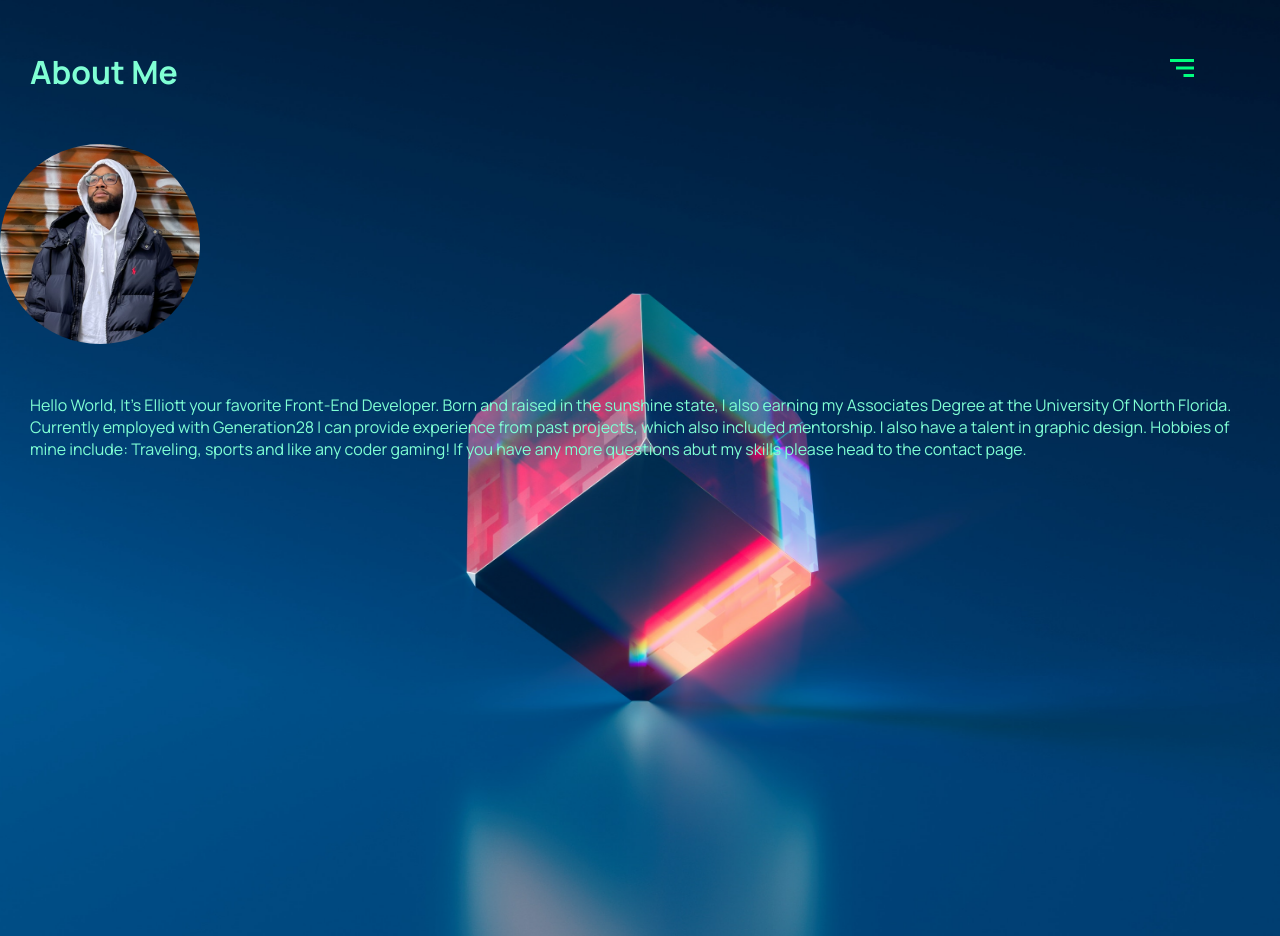
Repository: elaiken/portfolio
Page: /about-me
These files come from the project's save history. The page is drawn as it stood at one moment and after the next save; the edit follows.
The browser window is 1280 px wide. The pictures show the whole page.
The project was rebuilt for these pictures with package versions that can differ from the ones it lists, and the page was loaded fresh each time. Also part of the build but not shown: src/components/Error.js, src/components/Home.js, src/data/projects.js, src/components/Projects.js, src/components/Contacts.js.

Above is the page before, as saved 2021-11-30 21:50:10.

### public/index.html
<!DOCTYPE html>
<html lang="en">
  <head>
    <meta charset="utf-8" />
    <link rel="icon" href="%PUBLIC_URL%/favicon.ico" />
    <meta name="viewport" content="width=device-width, initial-scale=1" />
    <meta name="theme-color" content="#000000" />
    <meta
      name="description"
      content="Elliott A Aiken II | Looking for Front-end Role"
    />
    <link rel="apple-touch-icon" href="%PUBLIC_URL%/logo192.png" />
    <!--
      manifest.json provides metadata used when your web app is installed on a
      user's mobile device or desktop. See https://developers.google.com/web/fundamentals/web-app-manifest/
    -->
    <link rel="manifest" href="%PUBLIC_URL%/manifest.json" />
    <link rel="preconnect" href="https://fonts.googleapis.com">
<link rel="preconnect" href="https://fonts.gstatic.com" crossorigin>
<link href="https://fonts.googleapis.com/css2?family=Manrope:wght@200;400;700&family=Poppins:ital,wght@0,500;1,300;1,400&family=Source+Sans+Pro:ital,wght@0,400;0,600;1,300;1,400&display=swap" rel="stylesheet">


    <title>Elliott A Aiken II | Looking for Front-end Role </title>
  </head>
  <body>
    <noscript>You need to enable JavaScript to run this app.</noscript>
    <div id="root"></div>

  </body>
</html>

### src/index.css
:root {
  --background-image:linear-gradient(120deg,hsl(800, 100%, 35%),rgba(200, 84, 69, 0.67));
  --background-overlay:rgba(0,0,0,0.4)
}


*{
  margin: 0;
  padding: 0;
  box-sizing: border-box;
}

ul {
  list-style-type: none;
}

a {
  font-family: inherit;
  text-decoration: none;
  color:springgreen;




}

img {
  max-width: 100%;
}
body{
  font-family: "Manrope", sans-serif;
  overflow: auto;
}

/* Menu button */

.menu-btn {
  position: absolute;
  right: 80px;
  margin-top: 50px;
  z-index: 9999999;
}

 .menu-btn button {
  background-color: transparent;
  font-size: 36px;
  color: springgreen;
  border:none;
  cursor:pointer;

}

/* Header */

.header {
  position: absolute;
  right: 0;
  height: 0;
  overflow: hidden;
  width: 200px;
  transition: all 0.5s ease-in-out;

}

.header.open {
  height: 100vh;
  background-color:var(--background-overlay);


}

.header nav ul {
  display: flex;
  flex-direction: column;
  align-items: center;
  justify-content: center;
  min-height: 100vh;
}

.header nav ul li {
  margin:20px 0;
}




/* HomePAGE */
.home {
  background: url(./pexels-andre-moura-4021521.jpg);
  background-repeat:no-repeat ;
  background-size: cover;
  background-position:center;
  height: 100vh;
}

.home .overlay {
background-color:var(--background-image);
display: flex;
flex-direction: column ;
align-items: center;
justify-content: center;
min-height: 100vh;
color: white ;
text-align: center;
}

.home .overlay h1 {
  text-transform: uppercase ;
  font-size: 96px;
}
.home .overlay p {
  color: springgreen;
  font-size: 36px;
}

.home .overlay ul {
  display: flex;
  align-items: center;
  justify-content: center;
  margin-top: 30px ;
}

.home .overlay ul li {
  margin: 0 20px;
}

.home .overlay ul li a {
  font-size: 46px;
  padding: 50px;

}

/*Projects */
.projects {

  background-image: url(./pexels-rostislav-uzunov-5011647.jpg);
  background-repeat:no-repeat ;
  background-size: cover;
  background-position:center;
  height: 170vh;

}

.projects h1 {
  padding: 50px 80px;
  color:white;
}

.projects .cards {
  display: grid;
  grid-template-columns:repeat(3, 1fr);
  max-width:1100px;
  margin:auto;
  gap:20px;
 color:white;
 padding-bottom:20px ;
}

.projects .cards h4 {
  font-size: 24px;
  margin: 20px 0 10px;
}

.projects .cards p {
  font-size: 18px;
  margin-bottom: 30px;
}

.projects .cards ul {
  display: flex;
  align-items: center;
  justify-content: space-between;
}

 .github{
  background-color:darkolivegreen;
  padding: 5px;
  font-size: 15px;
}
.demo {
background-color:darkslateblue;
padding: 5px;
font-size: 15px;
}



/* Contact */
.contacts{
  background-image: url(./pexels-oleg-magni-861121.jpg);
  background-repeat:no-repeat ;
  background-size: cover;
  background-position:center;
  height: 130vh;
}
.contacts h1 {
padding: 50px 80px;
color: #fff;
}

.contacts ul {
  position: absolute;
  left: 30%;
  translate:traslate(-50%,-50%);

}
.contacts ul a {
  font-size: 30px;
  color: white;
  margin: 10px;
  text-align: center;
}
.contacts ul li {
  margin: 20px 0;


}
@media (max-width:1150px) {
  .projects .cards {
    padding: 0 20px 20px;
  }
}

@media (max-width: 992px) {
  .homepage .overlay h1 {
    font-size: 64px;
  }

  @media (max-width: 768px) {
    .projects .cards {
      grid-template-columns: repeat(2,1fr);
    }
  }

  @media (max-width: 500px) {
    .menu-btn{
      right:30px
    }
  .homepage .overlay h1 {
    font-size: 48px;
  }
  .homepage .overlay p {
    font-size: 20px;
    margin-top: 20px;
  }
  .homepage .overlay ul li a {
    font-size: 24px;
}
.contacts h1, .projects h1{
  padding: 50px 30px;
}
.projects .cards {
  grid-template-columns:1fr;
}
  }
}
/*Slider */

.slide {
  width: 100%;
  height: 100%;
  position: absolute;
  opacity: 0;
  transition: opacity ease-in-out 0.4s;
}

/* About Me */
.about-me {
background-image: url(./pexels-rostislav-uzunov-5011647.jpg);
background-repeat:no-repeat ;
background-size: cover;
background-position:center;
height: 130vh;
}

.about-me h1 {
  padding: 50px 30px;
  color: aquamarine;
}

.about-me p {
  padding: 50px 30px;
  color: aquamarine;
}

.about-me .avatar {
  background-image: url(./avatar1.png);
  background-size: cover;
  border-radius: 50%;
  height: 200px;
  width: 200px;




}

### src/App.js
import { BrowserRouter, Route, Routes } from "react-router-dom"
import Error from "./components/Error";
import Home from "./components/Home";
import Menu from "./components/Menu";
import Projects from "./components/Projects";
import About from "./components/About";
import Contacts from "./components/Contacts";




const App = () => {
  return (
    <BrowserRouter >
      <Menu />
      <Routes>
        <Route exact path='/' element={<Home />}>
        </Route>
        <Route path="/projects" element={<Projects />}>
        </Route>
        <Route path="/about-me" element={<About />}>
        </Route>
        <Route path="contact-me" element={<Contacts />}>
        </Route>
        <Route path="/*" element={<Error />}>
        </Route>
      </Routes>
    </BrowserRouter>
  );
}
export default App;

### src/components/Menu.js
import { useState } from "react"

import { Link } from "react-router-dom"

import { BiMenuAltRight } from "react-icons/bi"
import { navbar } from "../data/navbar"




const Menu = () => {
    const [isOpen, setIsOpen] = useState(false);
    //eslint-disable-next-line
    const [links, setLinks] = useState(navbar)


    return (
        <>



            <div className="menu-btn">
                <button onClick={() => setIsOpen(!isOpen)}>
                    <BiMenuAltRight />
                </button >
            </div>
            <header className={`${isOpen ? "header open" : "header"}`}>
                <nav>
                    <ul>
                        {links.map((link) => {
                            const { id, title, url } = link

                            return (
                                <li key={id} onClick={() => setIsOpen(false)}>
                                    <Link to={url}>{title}</Link>
                                </li>
                            )
                        })}
                    </ul>
                </nav>

            </header>

        </>
    )
}

export default Menu

### src/components/About.js
import React from 'react'

const About = () => {
    return (
        <>
            <div className="about-me">
                <h1> About Me </h1>
                <div className="avatar">
                    <img
                        src=""
                        alt="" />

                </div>
                <p>
                    Hello World,
                    It's Elliott your favorite Front-End Developer.
                    Born and raised in the sunshine state, I also earning my
                    Associates Degree at the University Of North Florida.
                    Currently employed with Generation28 I can provide experience
                    from past projects, which also included mentorship. I also have a
                    talent in graphic design.


                    Hobbies of mine include: Traveling, sports and like any coder gaming!

                    If you have any more questions abut my skills please head to the contact page.

                </p>
            </div>
        </>
    )
}

export default About

### src/data/navbar.js
import { v4 as uuidv4 } from "uuid";


export const navbar = [
    {
        id: uuidv4(),
        title: "Home",
        url: "/"
    },

    {
        id: uuidv4(),
        title: "Projects",
        url: "/projects"
    },

    {
        id: uuidv4(),
        title: "About Me",
        url: "/about-me"
    },
    {
        id: uuidv4(),
        title: "Contacts",
        url: "/contact-me"
    }
]

Loaded but not shown: src/index.js (common file); src/reportWebVitals.js (common file)

After the next save:
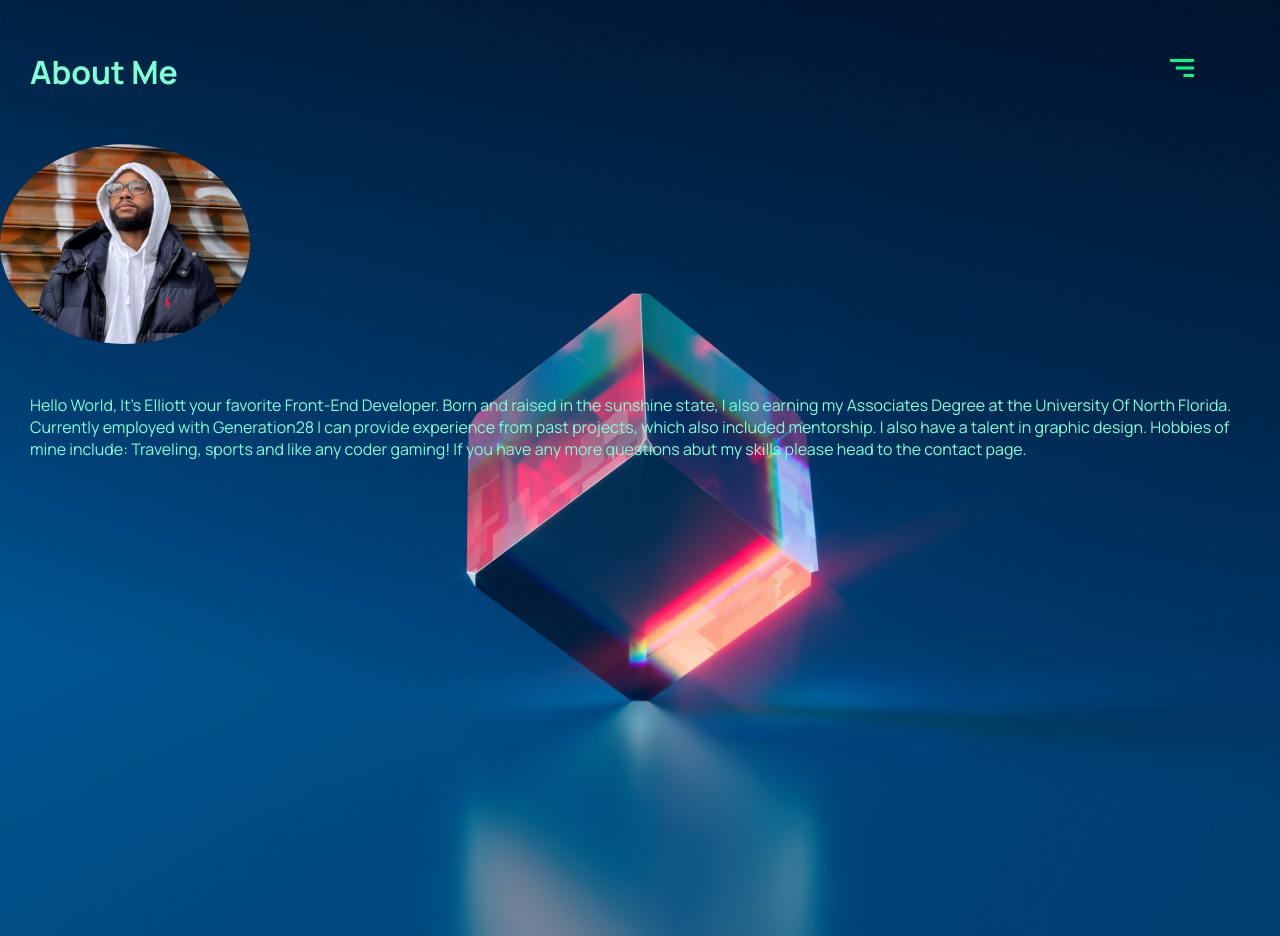
Saved 6 s later.
--- a/src/index.css
+++ b/src/index.css
@@ -288,9 +288,9 @@
   background-size: cover;
   border-radius: 50%;
   height: 200px;
-  width: 200px;
-
-
-
-
-}
+  width: 250px;
+
+
+
+
+}
